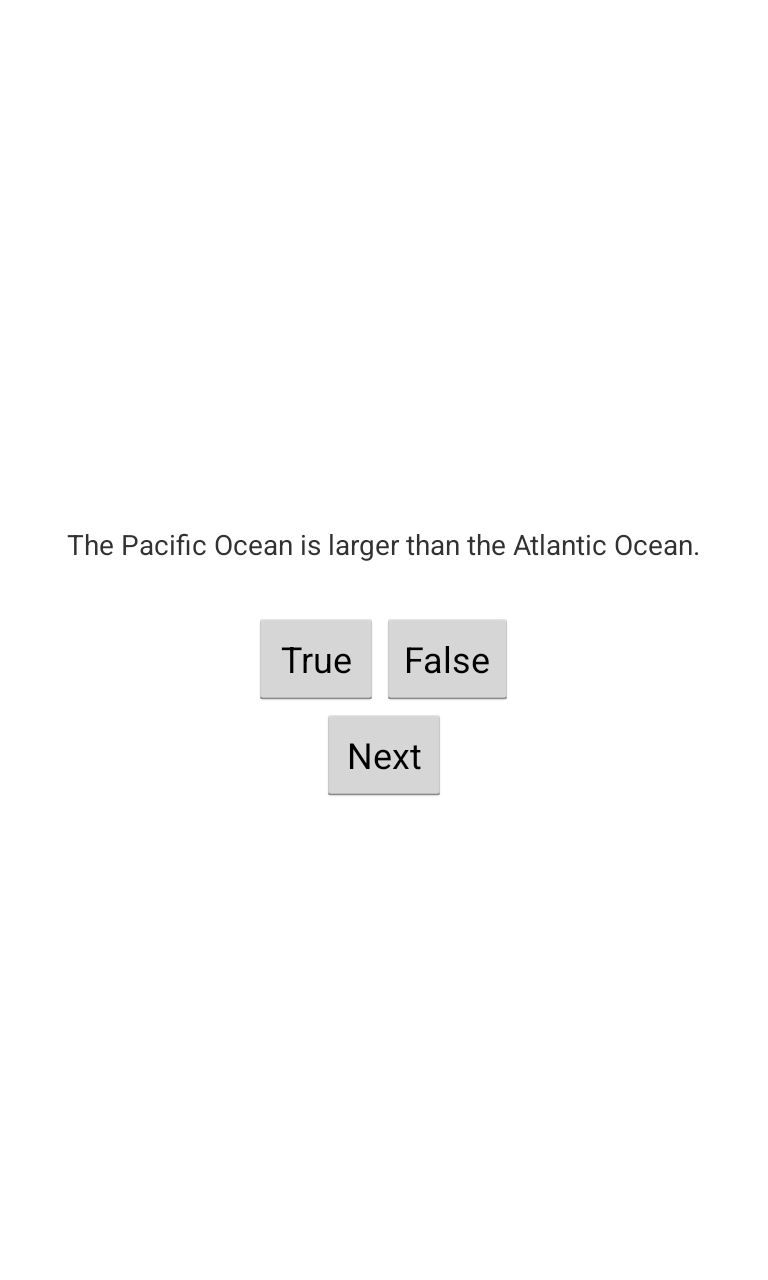
Repository: amukoseev/Android_projects
Layout: GeoQuiz/res/layout/activity_quiz.xml
These files come from the project's save history. The layout is drawn as it stood at one moment and after the next save; the edit follows.
It is drawn on a 768 x 1280 px phone screen (xhdpi) without system bars, with theme AppTheme; the app's code is not run.

Above is the layout before, as saved 2014-12-01 08:10:27.

After the next save:
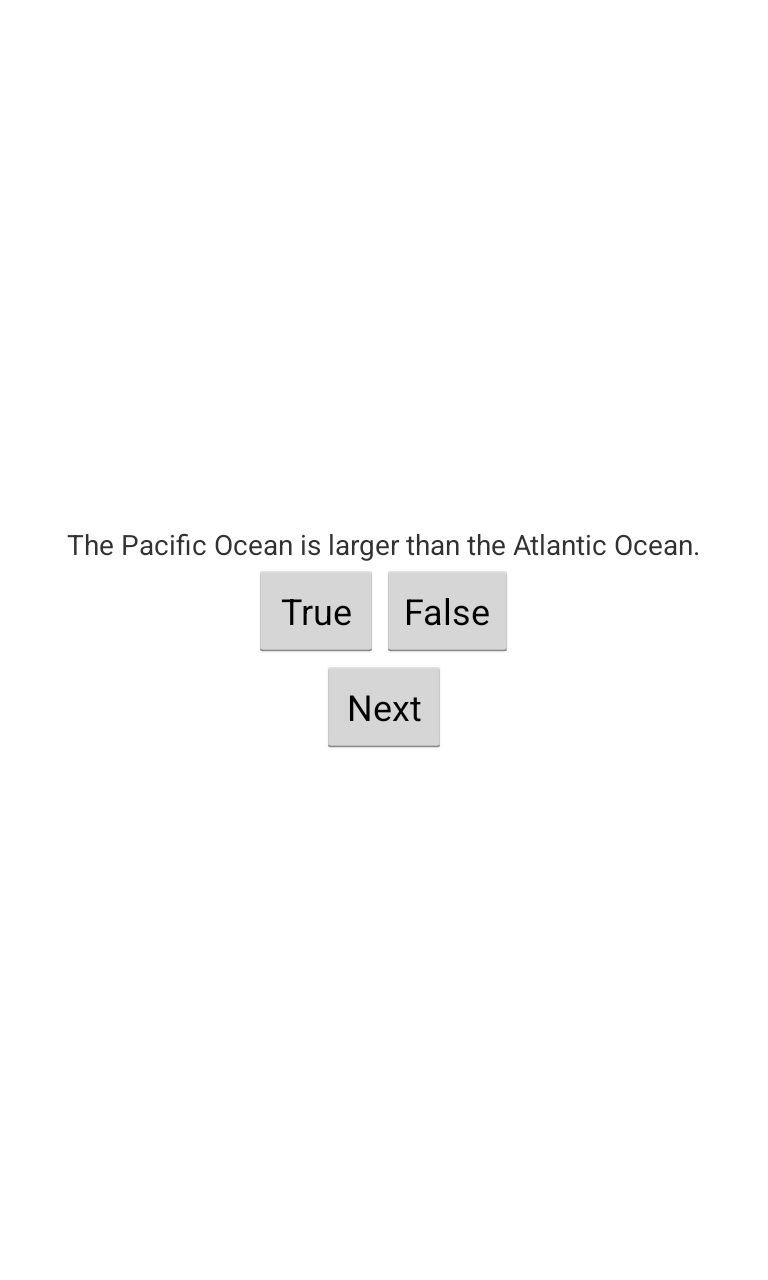
Saved 5 s later.
--- a/GeoQuiz/res/layout/activity_quiz.xml
+++ b/GeoQuiz/res/layout/activity_quiz.xml
@@ -11,7 +11,7 @@
         android:layout_width="wrap_content"
         android:layout_height="wrap_content"
         android:text="@string/question_oceans"
-        android:padding="24dp" />
+        />
 
 	<LinearLayout
 		android:layout_width="wrap_content"

After the save that followed:
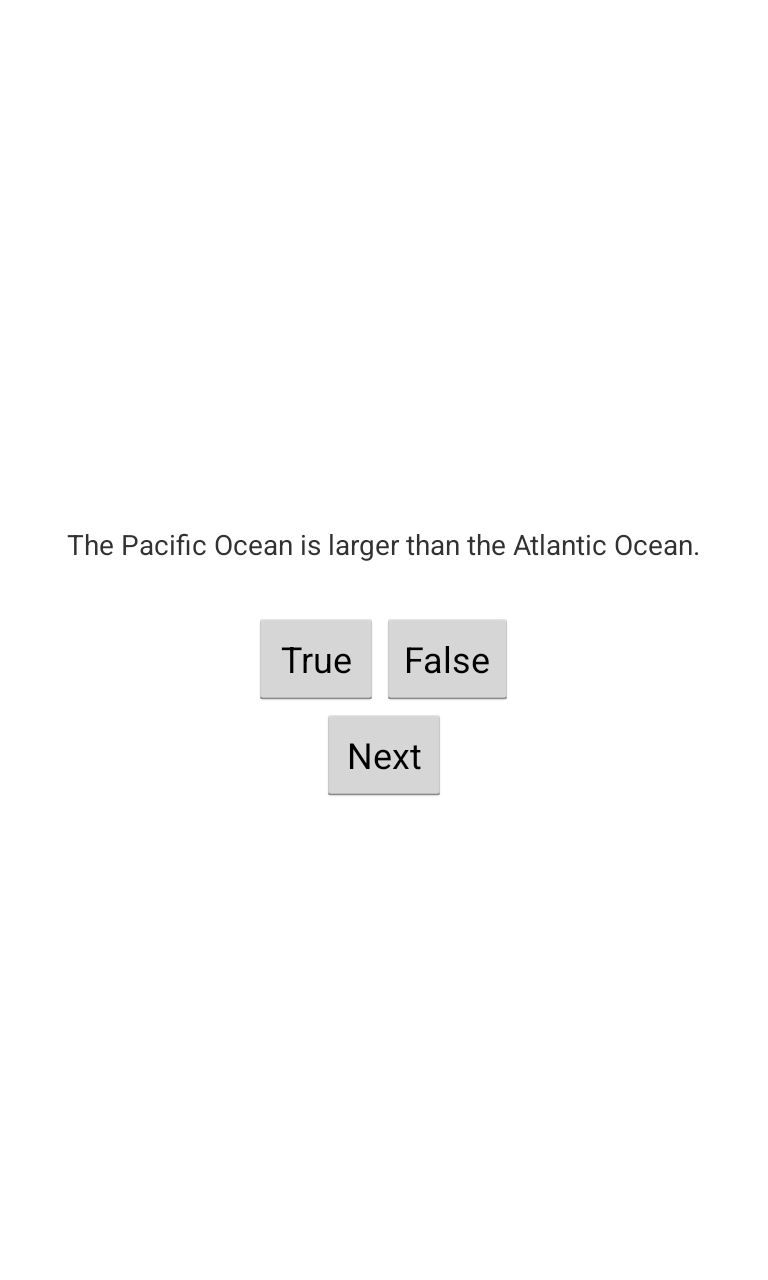
Saved 8 min 0 s later.
--- a/GeoQuiz/res/layout/activity_quiz.xml
+++ b/GeoQuiz/res/layout/activity_quiz.xml
@@ -11,7 +11,7 @@
         android:layout_width="wrap_content"
         android:layout_height="wrap_content"
         android:text="@string/question_oceans"
-        />
+        android:padding="24dp" />
 
 	<LinearLayout
 		android:layout_width="wrap_content"
